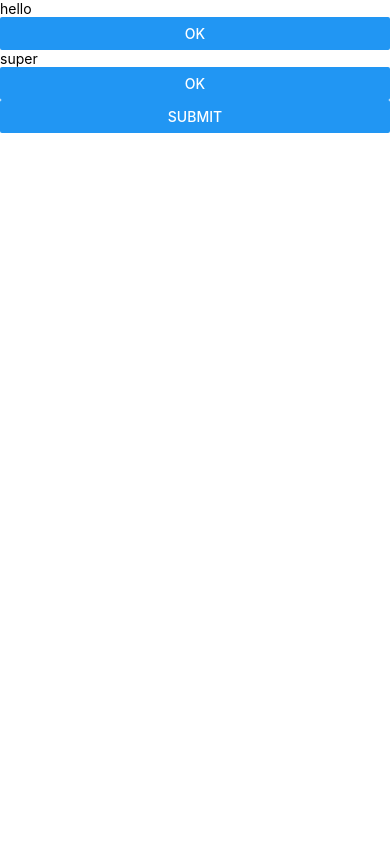
Repository: vsangavi/ReactNative-Form
Screen: /
An editor plug-in stored every save of this project. The screen is shown before and after the next save, followed by the edit.
The app was drawn by React Native's web renderer in a window 390 px wide. The project was rebuilt for these pictures with package versions that can differ from the ones it lists, and the page was loaded fresh each time.

Above is the screen before, as saved 2020-10-02 08:09:10.

After the next save:
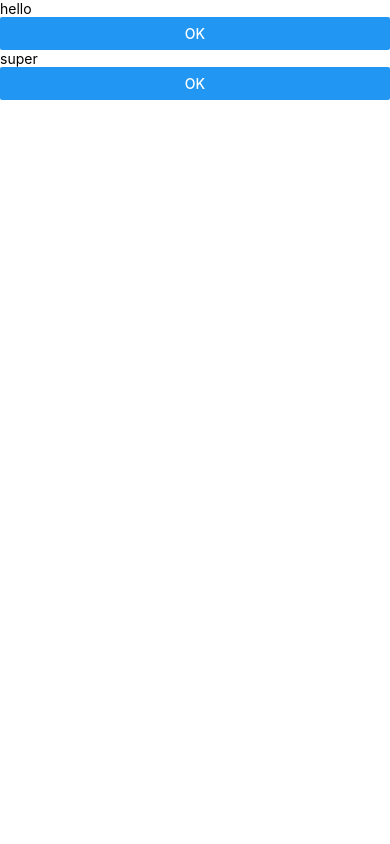
Saved 58 s later.
--- a/App.js
+++ b/App.js
@@ -74,7 +74,7 @@
           value={this.state.password}
           onChangeText={(text) => this.setState({password: text})}
         />
-        <Button title="Submit" onpress={() => console.log("e")}></Button>
+
       </View>
     );
   }

After the save that followed:
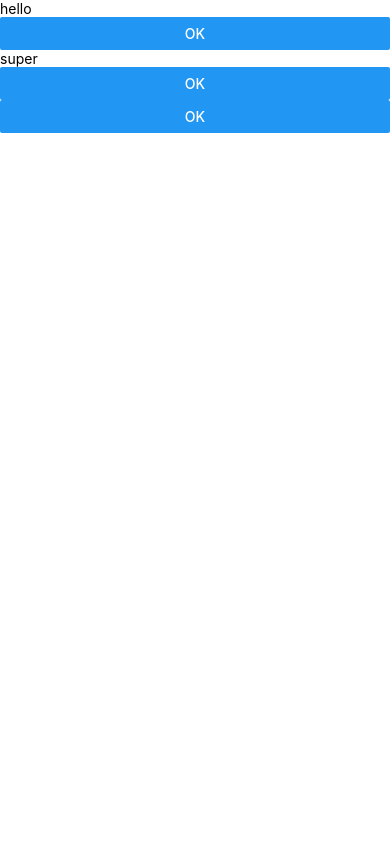
Saved 13 s later.
--- a/App.js
+++ b/App.js
@@ -74,7 +74,7 @@
           value={this.state.password}
           onChangeText={(text) => this.setState({password: text})}
         />
-
+        <Button title="ok" onPress={() => console.log(value)}></Button>
       </View>
     );
   }
